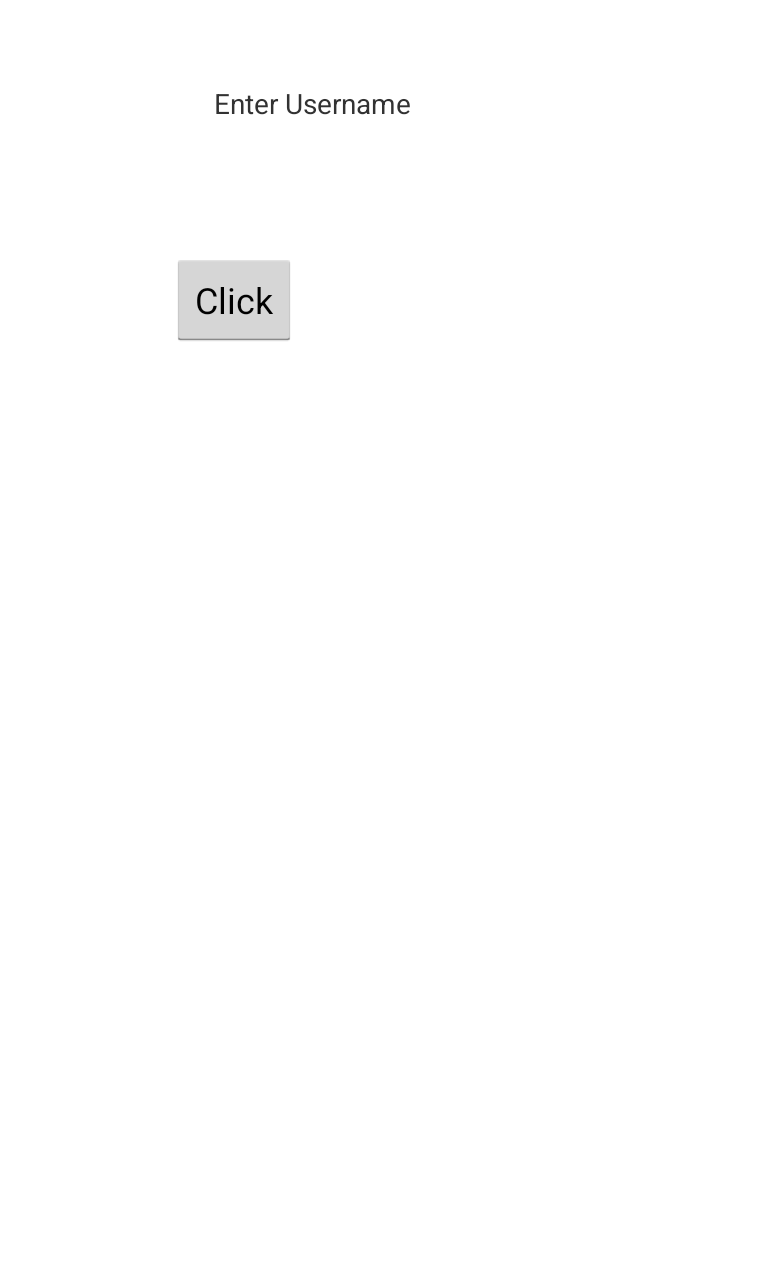
Repository: 12030121030/eventhandling
Layout: eventhandling/res/layout/activity_main.xml
These files come from the project's save history. The layout is drawn as it stood at one moment and after the next save; the edit follows.
It is drawn on a 768 x 1280 px phone screen (xhdpi) without system bars, with theme AppTheme; the app's code is not run.

Above is the layout before, as saved 2014-12-19 05:07:35.

After the next save:
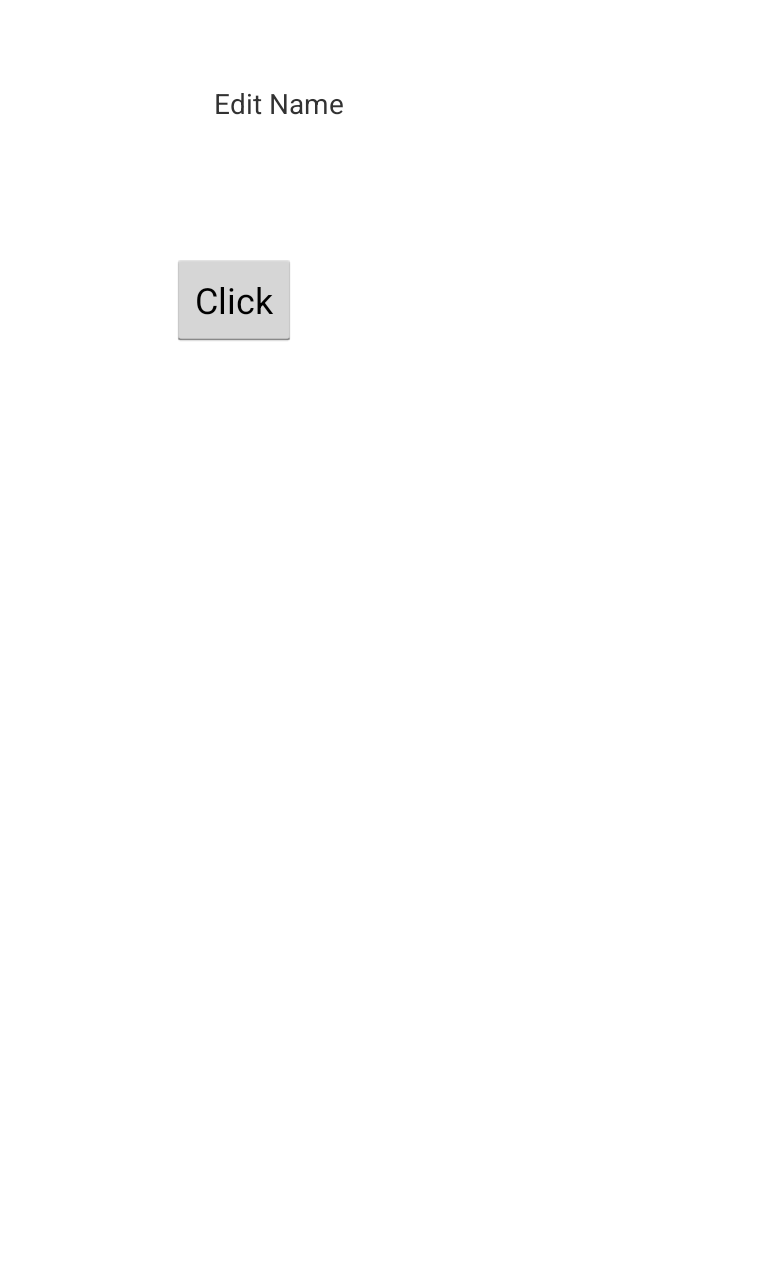
Saved 72 s later.
--- a/eventhandling/res/layout/activity_main.xml
+++ b/eventhandling/res/layout/activity_main.xml
@@ -28,6 +28,6 @@
         android:layout_alignParentTop="true"
         android:layout_marginLeft="22dp"
         android:layout_marginTop="26dp"
-        android:text="Enter Username" />
+        android:text="Edit Name" />
 
 </RelativeLayout>
